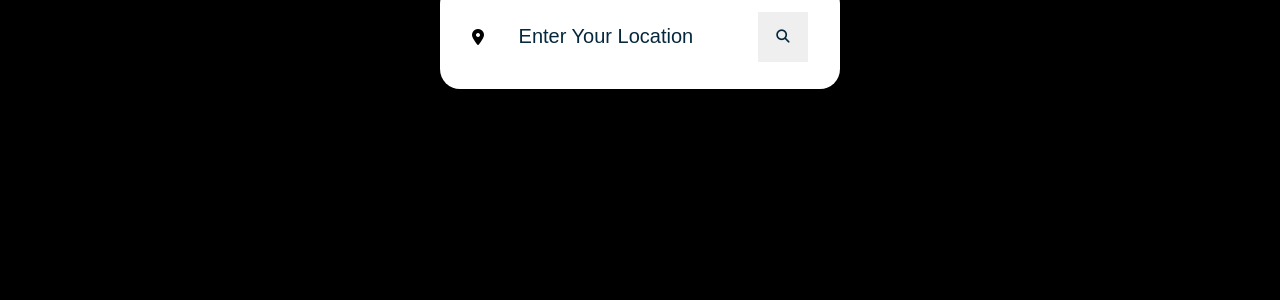
Repository: Pr1s0n3r627/weather
Page: index.html
The author's editor kept a copy of each file at every save. The page is drawn from the files as they stood at one save, then again after the next save.
The browser window is 1280 px wide. The pictures show the whole page.
Some web libraries are served in a nearby version.

Above is the page before, as saved 2024-05-18 23:03:20.
Not found: index.js

### index.html
<!DOCTYPE html>
<html lang="en">

<head>
    <meta charset="UTF-8">
    <meta http-equiv="X-UA-Compatible" content="IE=edge">
    <meta name="viewport" content="width=device-width, initial-scale=1.0">
    <link
        href="https://fonts.googleapis.com/css2?family=Poppins:wght@300;400;500;600;700;800;900&family=Roboto:wght@300;400;500;700;900&display=swap"
        rel="stylesheet">
    <link rel="stylesheet" href="style.css">
    <title>Day #10 - Weather App | AsmrProg</title>
</head>

<body>

    <div class="container">
        <div class="search-box">
            <i class="fa-solid fa-location-dot"></i>
            <input type="text" placeholder="Enter your location">
            <button class="fa-solid fa-magnifying-glass"></button>
        </div>

        <div class="not-found">
            <img src="not-found.png">
            <p>Oops! Invalid location :/</p>
        </div>

        <div class="weather-box">
            <img src="">
            <p class="temperature"></p>
            <p class="description"></p>
        </div>

        <div class="weather-details">
            <div class="humidity">
                <i class="fa-solid fa-water"></i>
                <div class="text">
                    <span></span>
                    <p>Humidity</p>
                </div>
            </div>
            <div class="wind">
                <i class="fa-solid fa-wind"></i>
                <div class="text">
                    <span></span>
                    <p>Wind Speed</p>
                </div>
            </div>
        </div>

    </div>

    <script src="https://kit.fontawesome.com/7c8801c017.js" crossorigin="anonymous"></script>
    <script src="index.js"></script>
</body>

</html>

### style.css
*{
    margin: 0;
    padding: 0;
    border: 0;
    outline: none;
    box-sizing: border-box;
}

body{
    height: 10vh;
    display: flex;
    align-items: center;
    justify-content: center;
    background: #000;
}

.container{
    position: relative;
    width: 400px;
    height: 105px;
    background: #fff;
    padding: 28px 32px;
    overflow: hidden;
    border-radius: 20px;
    font-family: 'Poppins', sans-serif;
    transition: 0.6s;
}

.search-box{
    width: 100%;
    height: min-content;
    display: flex;
    align-items: center;
    justify-content: space-between
}

.search-box input{
    color: #333;
    width: 80%;
    font-size: 20px;
    font-weight: 500;
    text-transform: inherit;
    padding-left: 32px;
}

.search-box input::placeholder{
    font-size: 20px;
    font-weight: 500;
    color: #06283d;
    text-transform: capitalize;
}

.search-box button{
    cursor: pointer;
    width: 50px;
    height: 50px;
    color: #06283d;

}

After the next save:
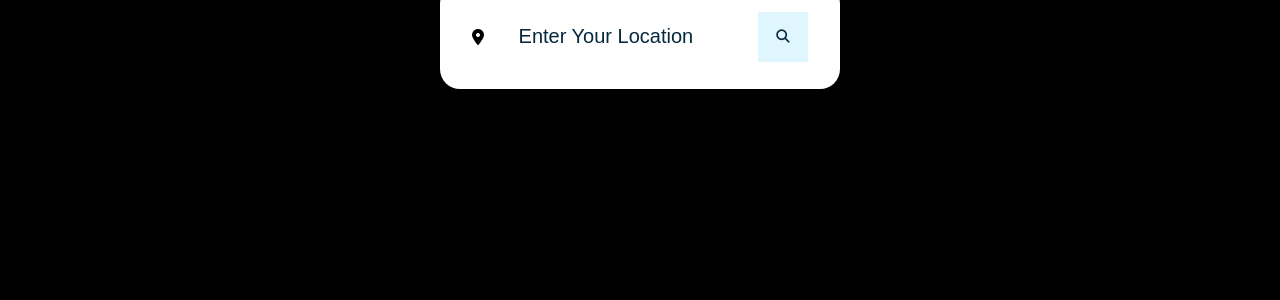
Saved 38 s later.
--- a/style.css
+++ b/style.css
@@ -55,5 +55,5 @@ body{
     width: 50px;
     height: 50px;
     color: #06283d;
-
+    background: #dff6ff
 }
